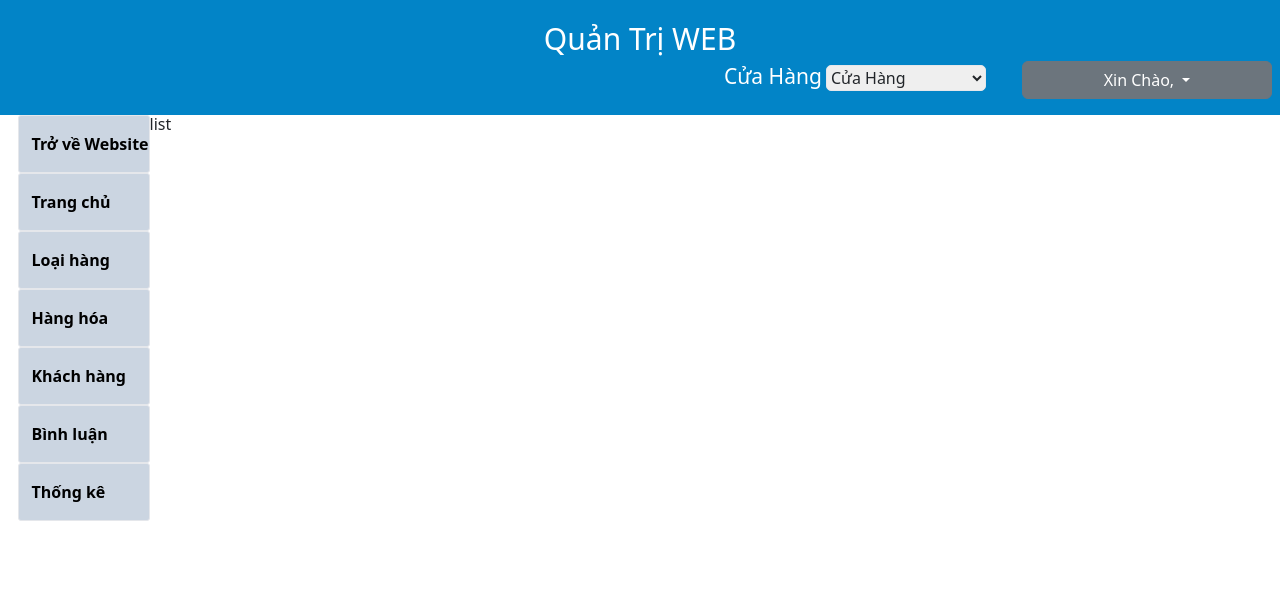
Repository: Leduc20/Website-Shopping-Clothes-Men-master
Page: http://localhost/webbanhang/admin/?list-danh-muc
These files come from the project's save history. The page is drawn as it stood at one moment and after the next save; the edit follows.
The browser window is 1280 px wide. The pictures show the whole page.
Some web fonts or font styles are not loaded; a fallback is used. Some web libraries are served in a nearby version. The page is run by PHP 8.4 with error messages shown; the project is at /var/www/html/.

Above is the page before, as saved 2022-11-14 17:48:11.

### admin/index.php
<?php
    require_once '../global.php';
    require_once '../model/pdo.php';
    if(isset($_GET['list-danh-muc'])){
        $VIEW_NAME = './danh-muc/danh-sach.php';
    }
    // elseif(isset($_GET['danh-muc'])){
    //     $VIEW_NAME = 'danh-muc.php';
    // }
    else{
        $VIEW_NAME = 'trang-chu.php';
    }

    include_once '../admin/layout.php';
?>
<img src="" alt="">

### global.php
<?php

function dd(){
    echo "<pre>";
    $args = func_get_args();
    var_dump($args);
    die;
}


const BASE_URL = "http://localhost/WEBBANHANG/";
const SITE_URL = BASE_URL . "site/index.php";
const ADMIN_BASE = BASE_URL . 'admin/';


?>

### model/pdo.php
<?php
const DBNAME = "mvc";
const DBUSER = "root";
const DBPASS = "";
const DBCHARSET = "utf8";
const DBHOST = "127.0.0.1";

// tạo kết nối từ project php sang mysql
function getConnect(){
    $connect = new PDO("mysql:host=" . DBHOST
                        . ";dbname=" . DBNAME
                        . ";charset=" . DBCHARSET,
                        DBUSER,
                        DBPASS
            );
    return $connect;
}



function pdo_query_all($query){
    // select * from users where email = ? or role_id = ?

    $args = func_get_args();
    $args = array_slice($args, 1);

    $conn = getConnect();

    $stmt = $conn->prepare($query);
    $stmt->execute($args);
    $data = $stmt->fetchAll();
    if(count($data) > 0){
        return $data;
    }

    return [];

}


function pdo_query_one($query){
    // select * from users where email = ? or role_id = ?

    $args = func_get_args();
    $args = array_slice($args, 1);

    $conn = getConnect();

    $stmt = $conn->prepare($query);
    $stmt->execute($args);
    $data = $stmt->fetch();
    if(count($data) > 0){
        return $data;
    }
    return null;

}


function pdo_execute_get_id($query){

    $args = func_get_args();
    $args = array_slice($args, 1);

    $conn = getConnect();

    $stmt = $conn->prepare($query);
    $stmt->execute($args);
    $lastId =  $conn->lastInsertId();
    return $lastId;
}


function pdo_execute($query){

    $args = func_get_args();
    $args = array_slice($args, 1);

    $conn = getConnect();

    $stmt = $conn->prepare($query);
    $stmt->execute($args);

}
?>

### admin/layout.php
<!DOCTYPE html>
<html lang="en">

<head>
    <meta charset="UTF-8">
    <meta http-equiv="X-UA-Compatible" content="IE=edge">
    <meta name="viewport" content="width=device-width, initial-scale=1.0">
    <title>Show_Product</title>
    <script src="https://cdn.tailwindcss.com"></script>
    <link rel="stylesheet" href="https://cdn.jsdelivr.net/npm/bootstrap@5.2.0/dist/css/bootstrap.min.css">
    <script src="https://cdn.jsdelivr.net/npm/bootstrap@5.2.0/dist/js/bootstrap.bundle.min.js"></script>
    <link rel="stylesheet" href="../public/icon/fontawesome-free-6.1.1-web/css/all.min.css">
    <script src="https://ajax.aspnetcdn.com/ajax/jQuery/jquery-3.2.1.min.js"></script>
    <script src="http://ajax.aspnetcdn.com/ajax/jquery.validate/1.9/jquery.validate.min.js" type="text/javascript"></script>
</head>

<body>
    <section class="bg-sky-600 py-3 px-2">
        <?php include_once $VIEW_NAME = 'header.php'; ?>
    </section>
    <section class="flex px-2">
        <div>
            <?php include_once $VIEW_NAME = 'menu.php'; ?>
        </div>
        <div>
            <h2>list</h2>
            <main>
                <?php include_once $VIEW_NAME

                ?>
            </main>
        </div>
    </section>
</body>

</html>

### admin/header.php
<p class="text-center text-white text-[30px]">Quản Trị WEB</p>
        <div class="flex justify-end">
            <form action="">
                <span class="text-white text-[21px]">Cửa Hàng</span>
                <select name="" id="" class="border-[1px] w-[160px] rounded-[5px]">
                    <option value="">Cửa Hàng</option>
                    <option value="">A</option>
                    <option value="">b</option>
                    <option value="">c</option>
                </select>
            </form>
            <div class="dropdown ml-9 w-[250px]">
                <span class="btn btn-secondary dropdown-toggle w-[250px]" href="#" role="button" data-bs-toggle="dropdown" aria-expanded="false">

                    Xin Chào,<?php
                                if (isset($_SESSION['user'])) {
                                    extract($_SESSION['user']);
                                    echo '<span class="">' . $name . '</span>';
                                }

                                ?>
                </span>

                <ul class="dropdown-menu">
                    <li><a class="dropdown-item" href="#"><i class="fa-solid fa-user"></i>Tài khoản</a></li>
                    <li><a class="dropdown-item" href="index.php?act=thoat"><i class="fa-solid fa-arrow-right-from-bracket"></i>Thoát</a></li>

                </ul>
            </div>
        </div>

### admin/menu.php
<div class="">
            <ul>
                <li class="ml-[10px] py-3 ml-1 border-[1px] bg-slate-300 rounded-[3px] font-bold hover:bg-white">
                    <a class="no-underline text-black" href="<?= SITE_URL . "?list-danh-muc"?>"><i class="fa-solid fa-house"></i>Trở về Website</a>
                </li>
                <li class="ml-[10px] py-3 ml-1 border-[1px] bg-slate-300 rounded-[3px] font-bold hover:bg-white">
                    <a class="no-underline text-black" href="index.php"><i class="fa-solid fa-store"></i>Trang chủ</a>
                </li>
                <li class="ml-[10px] py-3 ml-1 border-[1px] bg-slate-300 rounded-[3px] font-bold hover:bg-white">
                    <a class="no-underline text-black" href="<?= ADMIN_BASE . "?list-danh-muc"?>"><i class="fa-solid fa-list"></i>Loại hàng</a>
                </li>
                <li class="ml-[10px] py-3 ml-1 border-[1px] bg-slate-300 rounded-[3px] font-bold hover:bg-white">
                    <a class="no-underline text-black" href="index.php?act=addhh"><i class="fa-solid fa-cart-shopping"></i>Hàng hóa</a>
                <li class="ml-[10px] py-3 ml-1 border-[1px] bg-slate-300 rounded-[3px] font-bold hover:bg-white">
                    <a class="no-underline text-black" href="index.php?act=addkh"><i class="fa-solid fa-users"></i>Khách hàng</a>
                </li>
                <li class="ml-[10px] py-3 ml-1 border-[1px] bg-slate-300 rounded-[3px] font-bold hover:bg-white">
                    <a class="no-underline text-black" href="index.php?act=dsbl"><i class="fa-solid fa-comments"></i>Bình luận</a>
                </li>
                <li class="ml-[10px] py-3 ml-1 border-[1px] bg-slate-300 rounded-[3px] font-bold hover:bg-white">
                    <a class="no-underline text-black" href="index.php?act=dstk"><i class="fa-solid fa-chart-simple"></i>Thống kê</a>
                </li>
            </ul>
        </div>

Loaded but not shown: site/src/font/css/all.min.css (library)

After the next save:
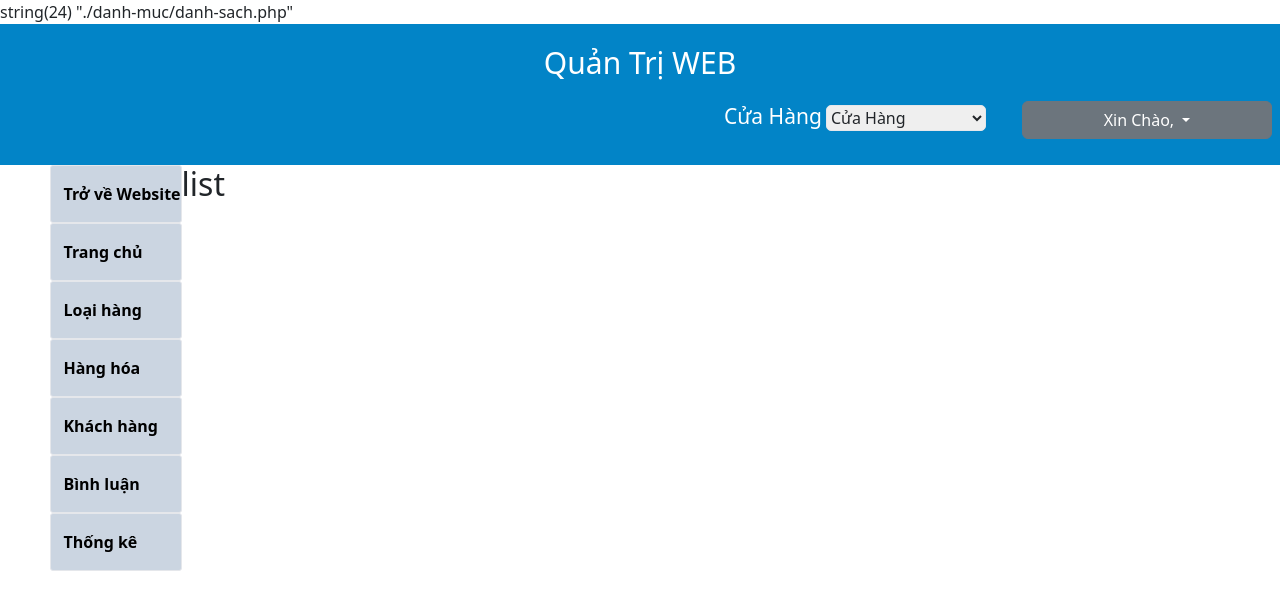
Saved 17 s later.
--- a/admin/index.php
+++ b/admin/index.php
@@ -3,6 +3,7 @@
     require_once '../model/pdo.php';
     if(isset($_GET['list-danh-muc'])){
         $VIEW_NAME = './danh-muc/danh-sach.php';
+        var_dump($VIEW_NAME);
     }
     // elseif(isset($_GET['danh-muc'])){
     //     $VIEW_NAME = 'danh-muc.php';
